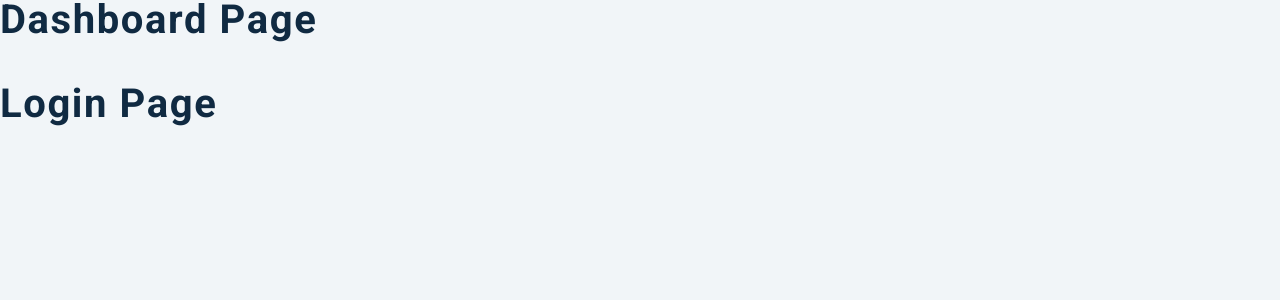
Repository: MateuszWorek/react-search-github-users
Page: /login
The author's editor kept a copy of each file at every save. The page is drawn from the files as they stood at one save, then again after the next save.
The browser window is 1280 px wide. The pictures show the whole page.
The project was rebuilt for these pictures with package versions that can differ from the ones it lists, and the page was loaded fresh each time. Also part of the build but not shown: src/components/Info.js, src/components/Charts/ExampleChart.js, src/components/Charts/Column3D.js, src/components/Charts/Bar3D.js, src/components/Charts/Pie3D.js, src/components/Charts/Doughnut2d.js, src/components/Charts/index.js, src/components/Repos.js and 8 more.

Above is the page before, as saved 2021-01-25 20:39:46.

### src/App.js
import React from 'react';
import { Dashboard, Login, PrivateRoute, AuthWrapper, Error } from './pages';
import { BrowserRouter as Router, Switch, Route } from 'react-router-dom';

function App() {
  return (
    <Router>
      <Route path="/">
        <Dashboard></Dashboard>
      </Route>
      <Route path="/login">
        <Login></Login>
      </Route>
    </Router>
  );
}

export default App;

### src/context/mockData.js/mockUser.js
export default {
  login: 'john-smilga',
  id: 42133389,
  node_id: 'MDQ6VXNlcjQyMTMzMzg5',
  avatar_url: 'https://avatars3.githubusercontent.com/u/42133389?v=4',
  gravatar_id: '',
  url: 'https://api.github.com/users/john-smilga',
  html_url: 'https://github.com/john-smilga',
  followers_url: 'https://api.github.com/users/john-smilga/followers',
  following_url:
    'https://api.github.com/users/john-smilga/following{/other_user}',
  gists_url: 'https://api.github.com/users/john-smilga/gists{/gist_id}',
  starred_url:
    'https://api.github.com/users/john-smilga/starred{/owner}{/repo}',
  subscriptions_url: 'https://api.github.com/users/john-smilga/subscriptions',
  organizations_url: 'https://api.github.com/users/john-smilga/orgs',
  repos_url: 'https://api.github.com/users/john-smilga/repos',
  events_url: 'https://api.github.com/users/john-smilga/events{/privacy}',
  received_events_url:
    'https://api.github.com/users/john-smilga/received_events',
  type: 'User',
  site_admin: false,
  name: 'John Smilga',
  company: 'Coding Addict',
  blog: 'www.johnsmilga.com',
  location: 'Los Angeles',
  email: null,
  hireable: null,
  bio: 'Creator of Coding Addict',
  twitter_username: 'john_smilga',
  public_repos: 152,
  public_gists: 0,
  followers: 1495,
  following: 0,
  created_at: '2018-08-06T06:48:23Z',
  updated_at: '2020-07-08T05:01:32Z',
};

Loaded but not shown: public/index.html (common file); src/index.js (common file); src/index.css (common file); src/serviceWorker.js (common file); src/context/context.js (common file); src/pages/index.js (common file); src/context/mockData.js/mockRepos.js (library); src/pages/Dashboard.js (common file); src/pages/Login.js (common file); src/components/index.js (common file); src/context/mockData.js/mockFollowers.js (676 lines, source omitted)

After the next save:
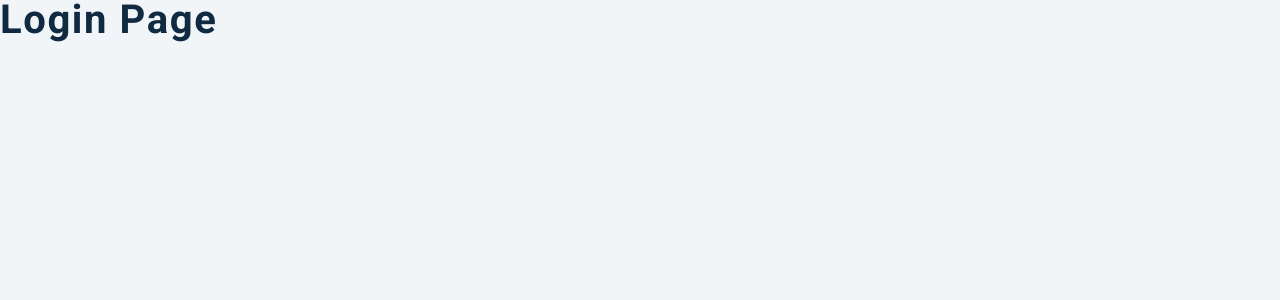
Saved 91 s later.
--- a/src/App.js
+++ b/src/App.js
@@ -5,7 +5,7 @@ import { BrowserRouter as Router, Switch, Route } from 'react-router-dom';
 function App() {
   return (
     <Router>
-      <Route path="/">
+      <Route path="/" exact={ true }>
         <Dashboard></Dashboard>
       </Route>
       <Route path="/login">
